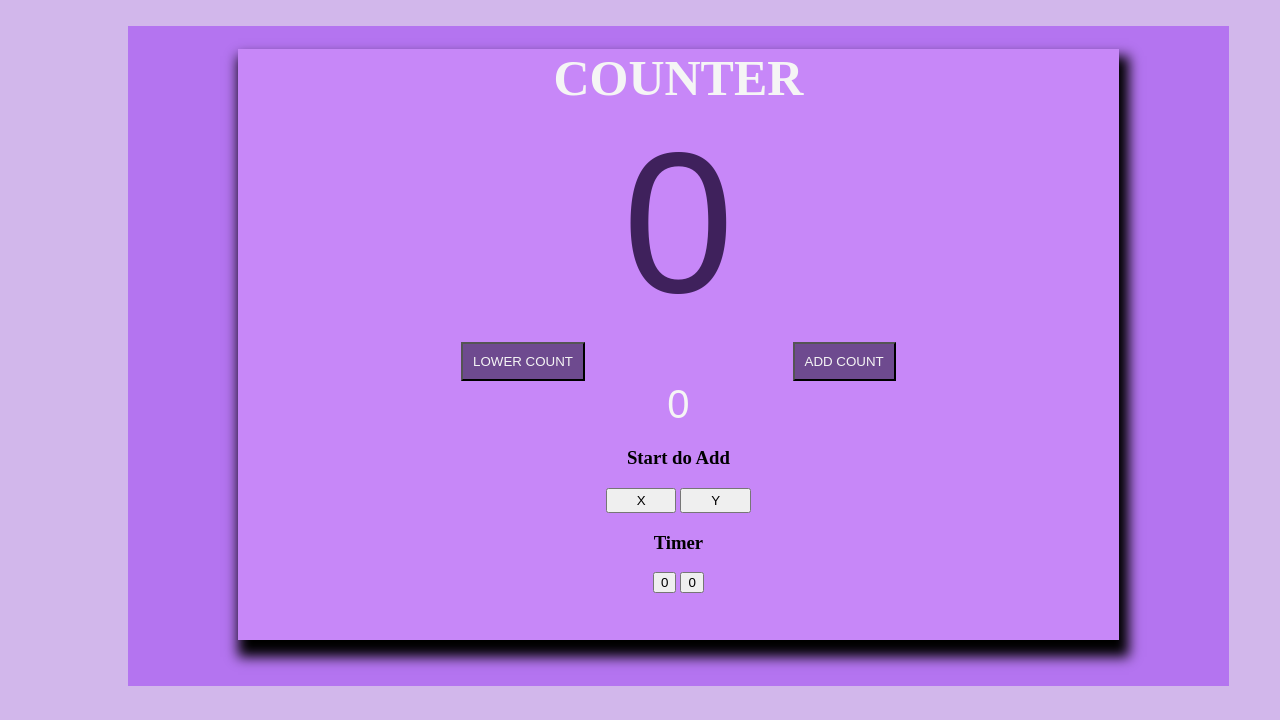
Repository: AnahitKhechumyan/Counter
Page: index.html
An editor plug-in stored every save of this project. The page is shown before and after the next save, followed by the edit.
The browser window is 1280 px wide. The pictures show the whole page.

Above is the page before, as saved 2022-02-14 22:35:09.

After the next save:
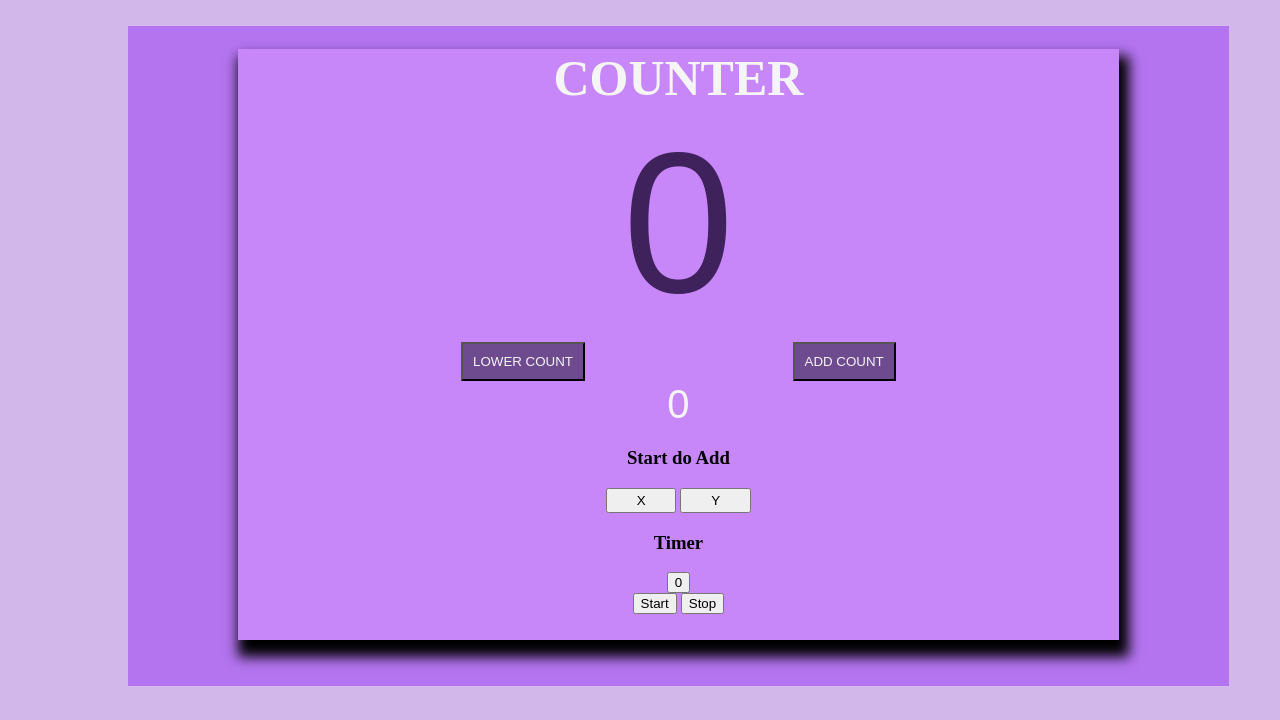
Saved 119 s later.
--- a/index.html
+++ b/index.html
@@ -23,9 +23,10 @@
                 <button class ="secondInput">Y</button>
            </div>
            <h3>Timer</h3>
+           <button class= "timer">0</button>
             <div>
-                <button class ="getTime">0</button>
-                <button class ="stopTime">0</button>
+                <button class ="getTime">Start</button>
+                <button class ="stopTime">Stop</button>
            </div>
         </div>
     </div>
